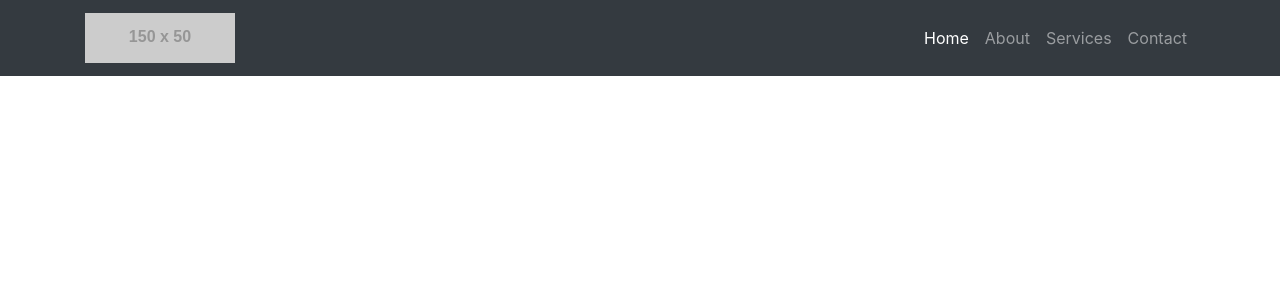
Repository: IchaTreasure/CandC
Page: index.html
The author's editor kept a record of every edit. The page is drawn from the files as they stood at one moment, then again after the next edit.
The browser window is 1280 px wide. The pictures show the whole page.

Above is the page before.
Console error (its wording comes from the project's code and is left out).

### index.html
<!DOCTYPE html>
<html lang="en">

<head>
  <meta charset="UTF-8">
  <meta name="viewport" content="width=device-width, initial-scale=1.0">
  <meta http-equiv="X-UA-Compatible" content="ie=edge">
  <title>Castles and Cublicles</title>
  <link href="https://stackpath.bootstrapcdn.com/bootstrap/4.5.0/css/bootstrap.min.css" rel="stylesheet" integrity="sha384-9aIt2nRpC12Uk9gS9baDl411NQApFmC26EwAOH8WgZl5MYYxFfc+NcPb1dKGj7Sk" crossorigin="anonymous">
  <script src="https://stackpath.bootstrapcdn.com/bootstrap/4.5.0/js/bootstrap.min.js" integrity="sha384-OgVRvuATP1z7JjHLkuOU7Xw704+h835Lr+6QL9UvYjZE3Ipu6Tp75j7Bh/kR0JKI" crossorigin="anonymous"></script>
  <script src="https://cdnjs.cloudflare.com/ajax/libs/twitter-bootstrap/4.5.0/js/bootstrap.min.js" integrity="sha256-OFRAJNoaD8L3Br5lglV7VyLRf0itmoBzWUoM+Sji4/8=" crossorigin="anonymous"></script>
  <script src="https://cdnjs.cloudflare.com/ajax/libs/jquery/3.5.1/jquery.min.js" integrity="sha256-9/aliU8dGd2tb6OSsuzixeV4y/faTqgFtohetphbbj0=" crossorigin="anonymous"></script>
  <script src="https://stackpath.bootstrapcdn.com/bootstrap/4.5.0/js/bootstrap.bundle.min.js" integrity="sha384-1CmrxMRARb6aLqgBO7yyAxTOQE2AKb9GfXnEo760AUcUmFx3ibVJJAzGytlQcNXd" crossorigin="anonymous"></script>
</head>

<body>
  <!-- Navigation -->
  <nav class="navbar navbar-expand-lg navbar-dark bg-dark static-top">
    <div class="container">
      <a class="navbar-brand" href="#">
          <img src="http://placehold.it/150x50?text=Logo" alt="">
        </a>
      <button class="navbar-toggler" type="button" data-toggle="collapse" data-target="#navbarResponsive" aria-controls="navbarResponsive" aria-expanded="false" aria-label="Toggle navigation">
          <span class="navbar-toggler-icon"></span>
        </button>
      <div class="collapse navbar-collapse" id="navbarResponsive">
        <ul class="navbar-nav ml-auto">
          <li class="nav-item active">
            <a class="nav-link" href="#">Home
                <span class="sr-only">(current)</span>
              </a>
          </li>
          <li class="nav-item">
            <a class="nav-link" href="#">About</a>
          </li>
          <li class="nav-item">
            <a class="nav-link" href="#">Services</a>
          </li>
          <li class="nav-item">
            <a class="nav-link" href="#">Contact</a>
          </li>
        </ul>
      </div>
    </div>
  </nav>




</body>

</html>

After the next edit:
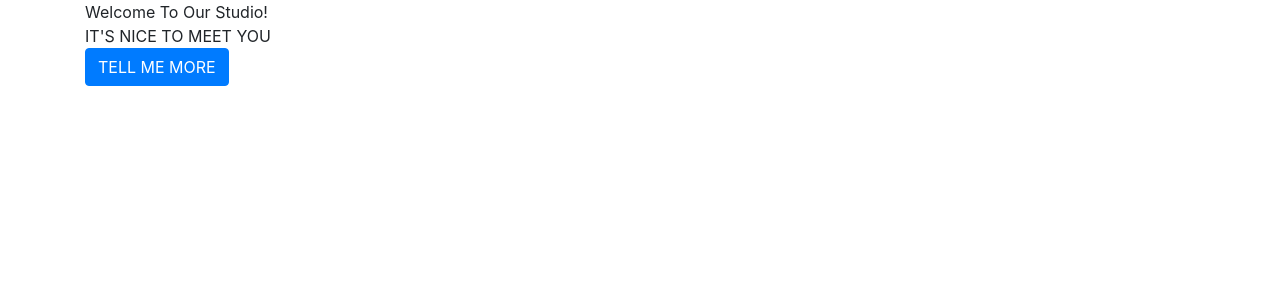
Not found: assets/img/navbar-logo.svg
The edit:
--- a/index.html
+++ b/index.html
@@ -14,35 +14,29 @@
 </head>
 
 <body>
-  <!-- Navigation -->
-  <nav class="navbar navbar-expand-lg navbar-dark bg-dark static-top">
-    <div class="container">
-      <a class="navbar-brand" href="#">
-          <img src="http://placehold.it/150x50?text=Logo" alt="">
-        </a>
-      <button class="navbar-toggler" type="button" data-toggle="collapse" data-target="#navbarResponsive" aria-controls="navbarResponsive" aria-expanded="false" aria-label="Toggle navigation">
-          <span class="navbar-toggler-icon"></span>
-        </button>
-      <div class="collapse navbar-collapse" id="navbarResponsive">
-        <ul class="navbar-nav ml-auto">
-          <li class="nav-item active">
-            <a class="nav-link" href="#">Home
-                <span class="sr-only">(current)</span>
-              </a>
-          </li>
-          <li class="nav-item">
-            <a class="nav-link" href="#">About</a>
-          </li>
-          <li class="nav-item">
-            <a class="nav-link" href="#">Services</a>
-          </li>
-          <li class="nav-item">
-            <a class="nav-link" href="#">Contact</a>
-          </li>
-        </ul>
-      </div>
-    </div>
-  </nav>
+<!-- Navigation-->
+        <nav class="navbar navbar-expand-lg navbar-dark fixed-top" id="mainNav">
+            <div class="container">
+                <a class="navbar-brand js-scroll-trigger" href="#page-top"><img src="assets/img/navbar-logo.svg" alt="" /></a><button class="navbar-toggler navbar-toggler-right" type="button" data-toggle="collapse" data-target="#navbarResponsive" aria-controls="navbarResponsive" aria-expanded="false" aria-label="Toggle navigation">Menu<i class="fas fa-bars ml-1"></i></button>
+                <div class="collapse navbar-collapse" id="navbarResponsive">
+                    <ul class="navbar-nav text-uppercase ml-auto">
+                        <li class="nav-item"><a class="nav-link js-scroll-trigger" href="#services">Services</a></li>
+                        <li class="nav-item"><a class="nav-link js-scroll-trigger" href="#portfolio">Portfolio</a></li>
+                        <li class="nav-item"><a class="nav-link js-scroll-trigger" href="#about">About</a></li>
+                        <li class="nav-item"><a class="nav-link js-scroll-trigger" href="#team">Team</a></li>
+                        <li class="nav-item"><a class="nav-link js-scroll-trigger" href="#contact">Contact</a></li>
+                    </ul>
+                </div>
+            </div>
+        </nav>
+        <!-- Masthead-->
+        <header class="masthead">
+            <div class="container">
+                <div class="masthead-subheading">Welcome To Our Studio!</div>
+                <div class="masthead-heading text-uppercase">It's Nice To Meet You</div>
+                <a class="btn btn-primary btn-xl text-uppercase js-scroll-trigger" href="#services">Tell Me More</a>
+            </div>
+        </header>
 
 
 
